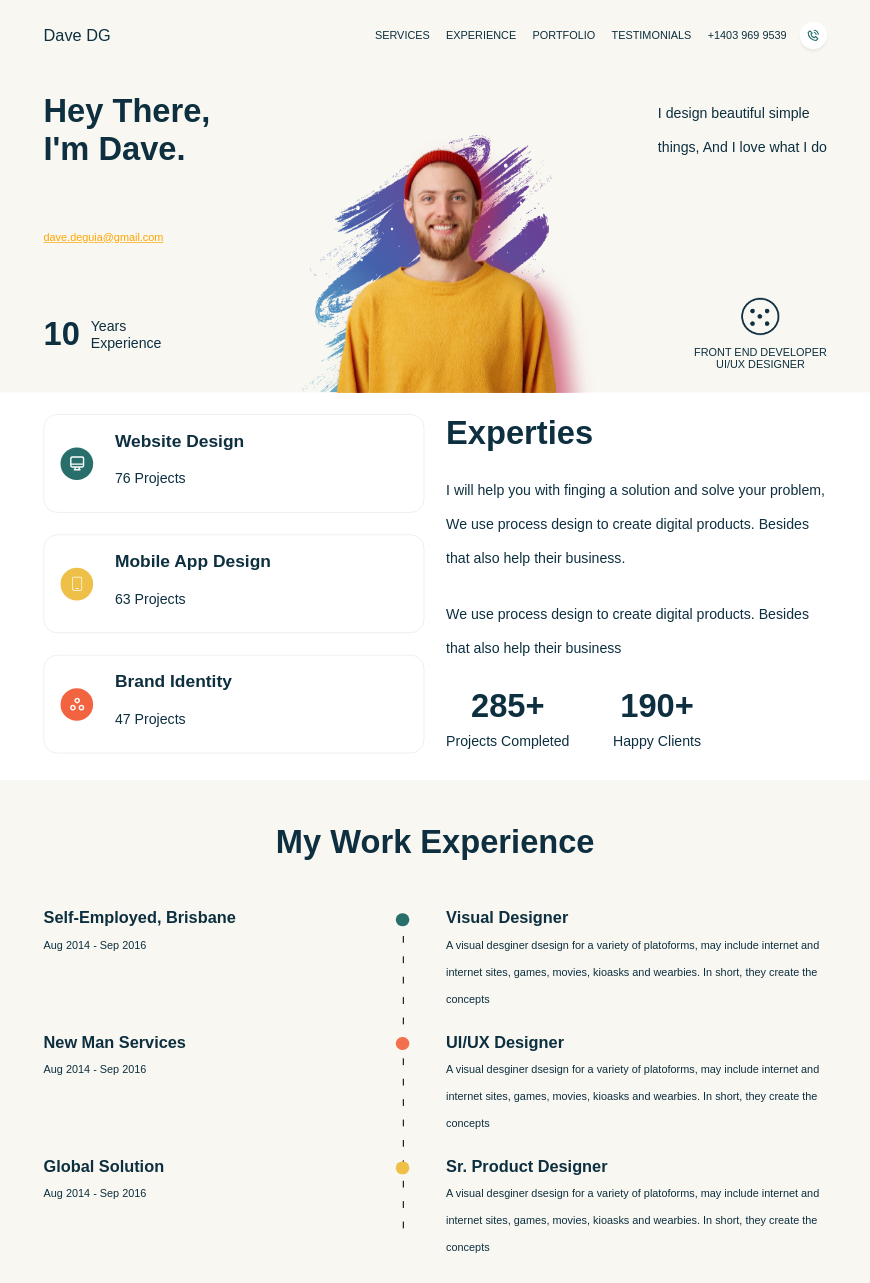
Repository: davedeguia/framer-motion-portfolio
Page: /
The author's editor kept a copy of each file at every save. The page is drawn from the files as they stood at one save, then again after the next save.
The browser window is 1280 px wide. The pictures show the whole page, at 68% of full size.
Some web fonts or font styles are not loaded; a fallback is used. The project was rebuilt for these pictures with package versions that can differ from the ones it lists, and the page was loaded fresh each time. Also part of the build but not shown: vite.config.js, src/components/Portfolio/Portfolio.module.scss.

Above is the page before, as saved 2023-02-10 21:36:21.

After the next save:
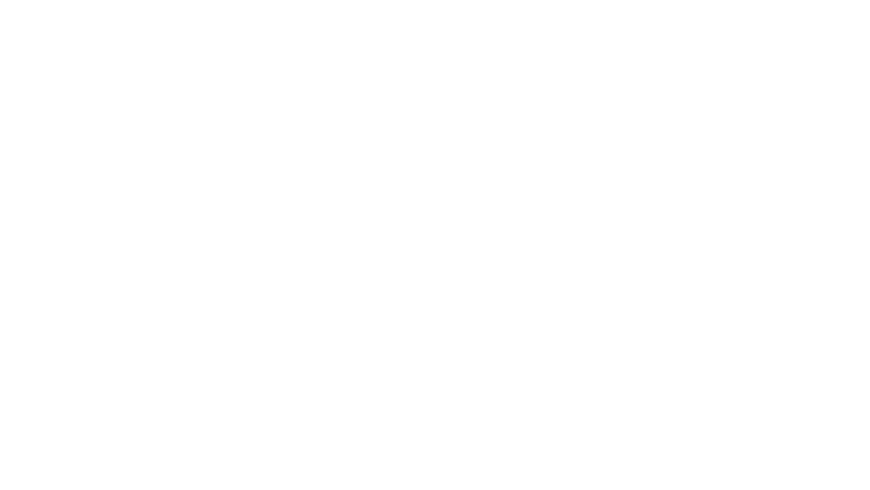
Console error: ReferenceError: css is not defined
Saved 16 s later.
--- a/src/App.jsx
+++ b/src/App.jsx
@@ -1,6 +1,7 @@
 import Experties from './components/Experties/Experties'
 import Header from './components/Header/Header'
 import Hero from './components/Hero/Hero'
+import Portfolio from './components/Portfolio/Portfolio'
 import Works from './components/Works/Works'
 import css from './styles/app.module.scss'
 
@@ -11,6 +12,7 @@ const App = () => {
       <Hero />
       <Experties />
       <Works />
+      <Portfolio />
     </div>
   )
 }

After the save that followed:
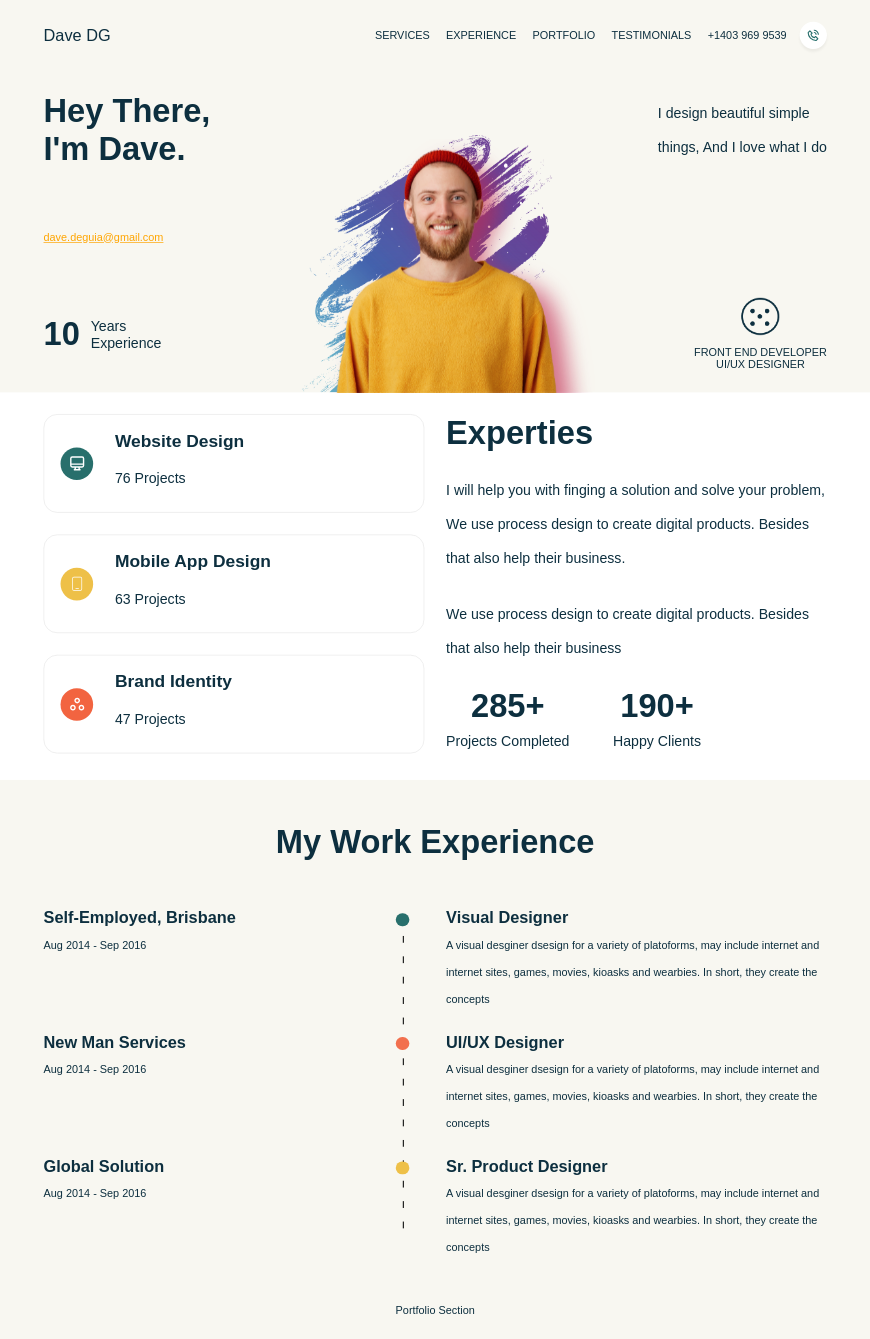
The error is gone.
Saved 23 s later.
--- a/src/components/Portfolio/Portfolio.jsx
+++ b/src/components/Portfolio/Portfolio.jsx
@@ -1,4 +1,5 @@
 import React from 'react'
+import css from './Portfolio.module.scss'
 
 const Portfolio = () => {
   return (
